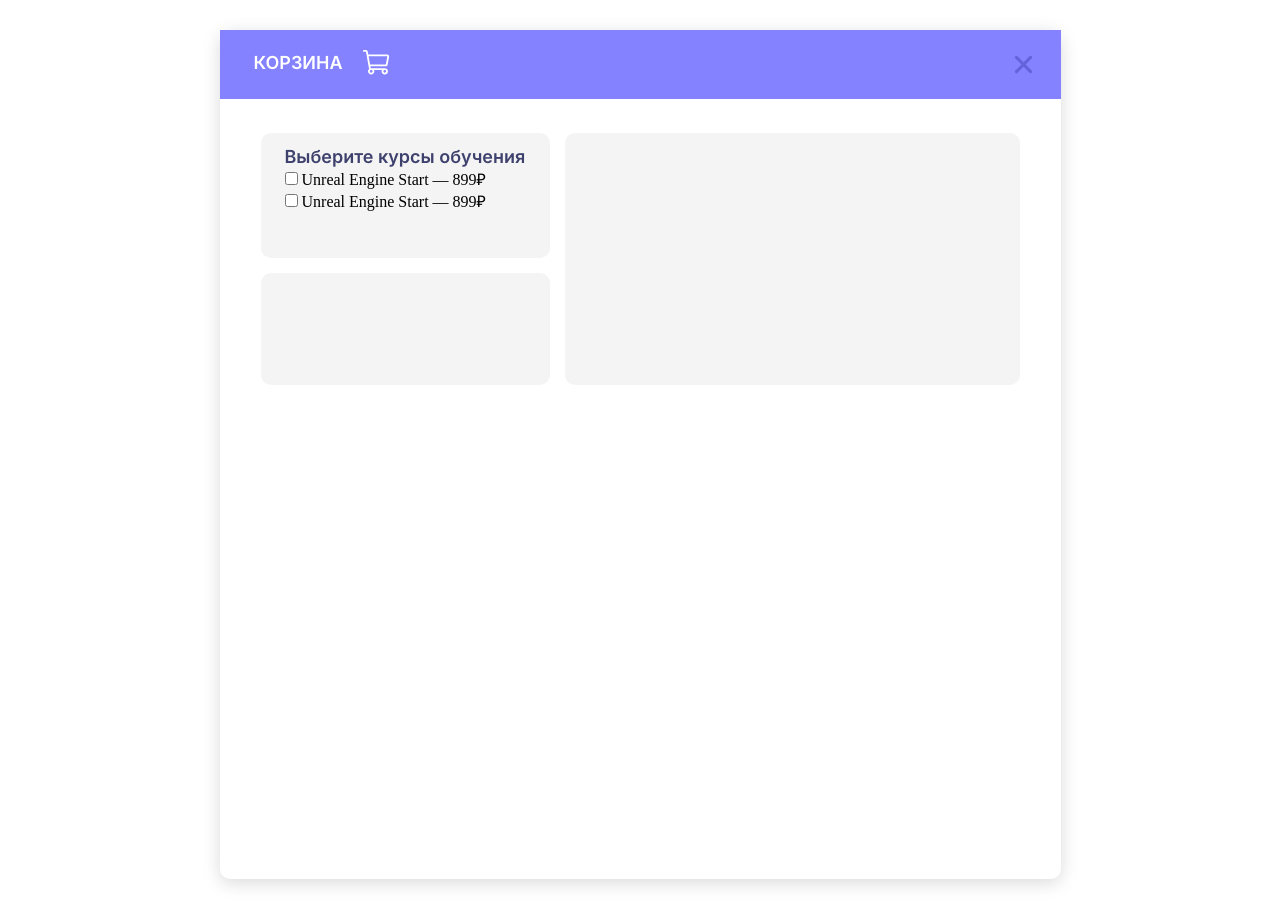
Repository: bek77g/unreal.academy
Page: basket.html
These files come from the project's save history. The page is drawn as it stood at one moment and after the next save; the edit follows.
The browser window is 1280 px wide. The pictures show the whole page.
The style sheet was rebuilt from its Sass, Less or Tailwind sources for each picture, by a compiler version that may differ from the author's.

Above is the page before, as saved 2021-05-05 16:42:40.

After the next save:
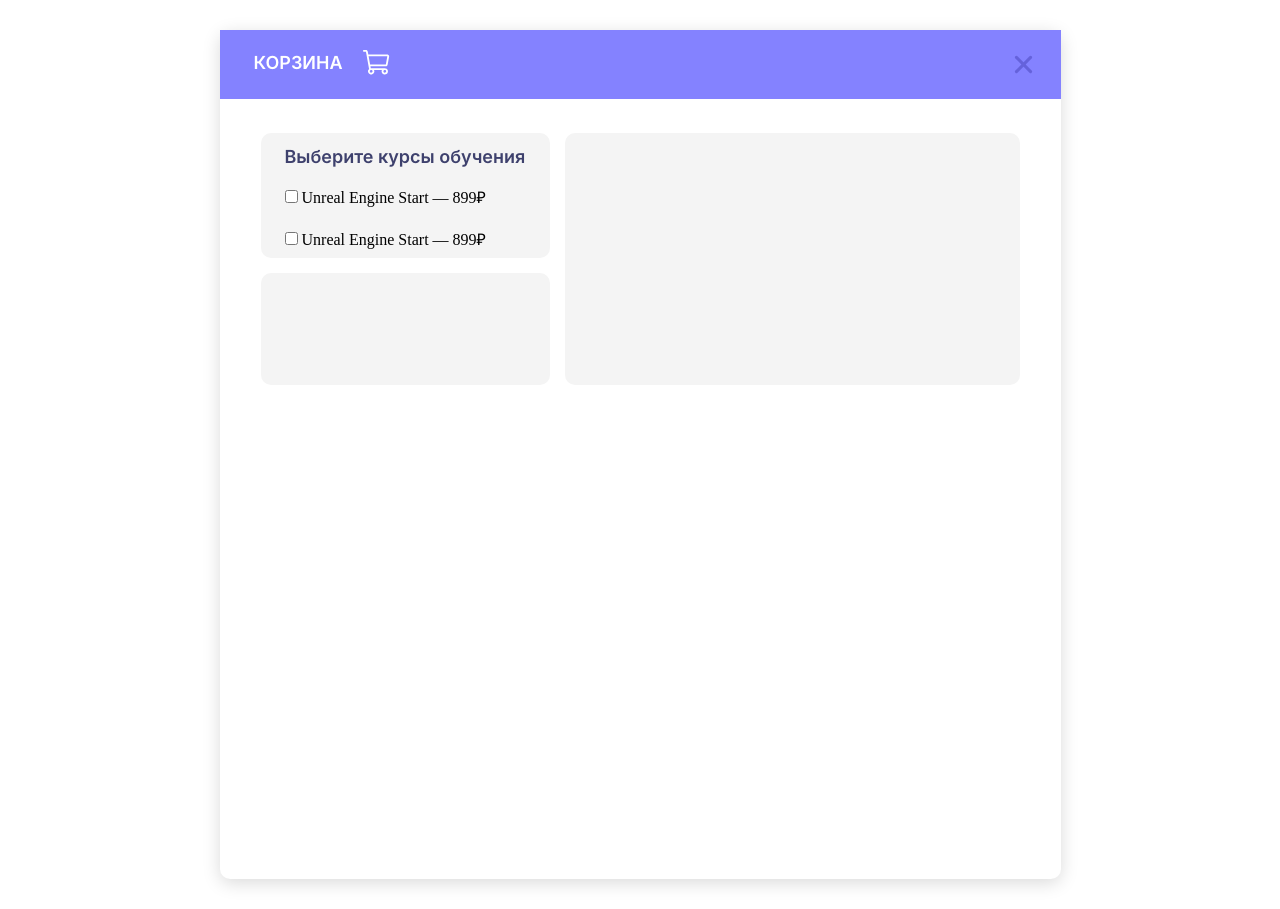
Saved 39 s later.
--- a/src/scss/basket.scss
+++ b/src/scss/basket.scss
@@ -44,6 +44,12 @@
     &-title {
       @include text($inter, normal, 600, 18px, 22px, #3e416d);
     }
+    &-checkbox {
+      margin-top: 18px;
+      &:last-child {
+        margin-top: 20px;
+      }
+    }
     &-col {
       background: #f4f4f4;
       padding: 13px 24px;
